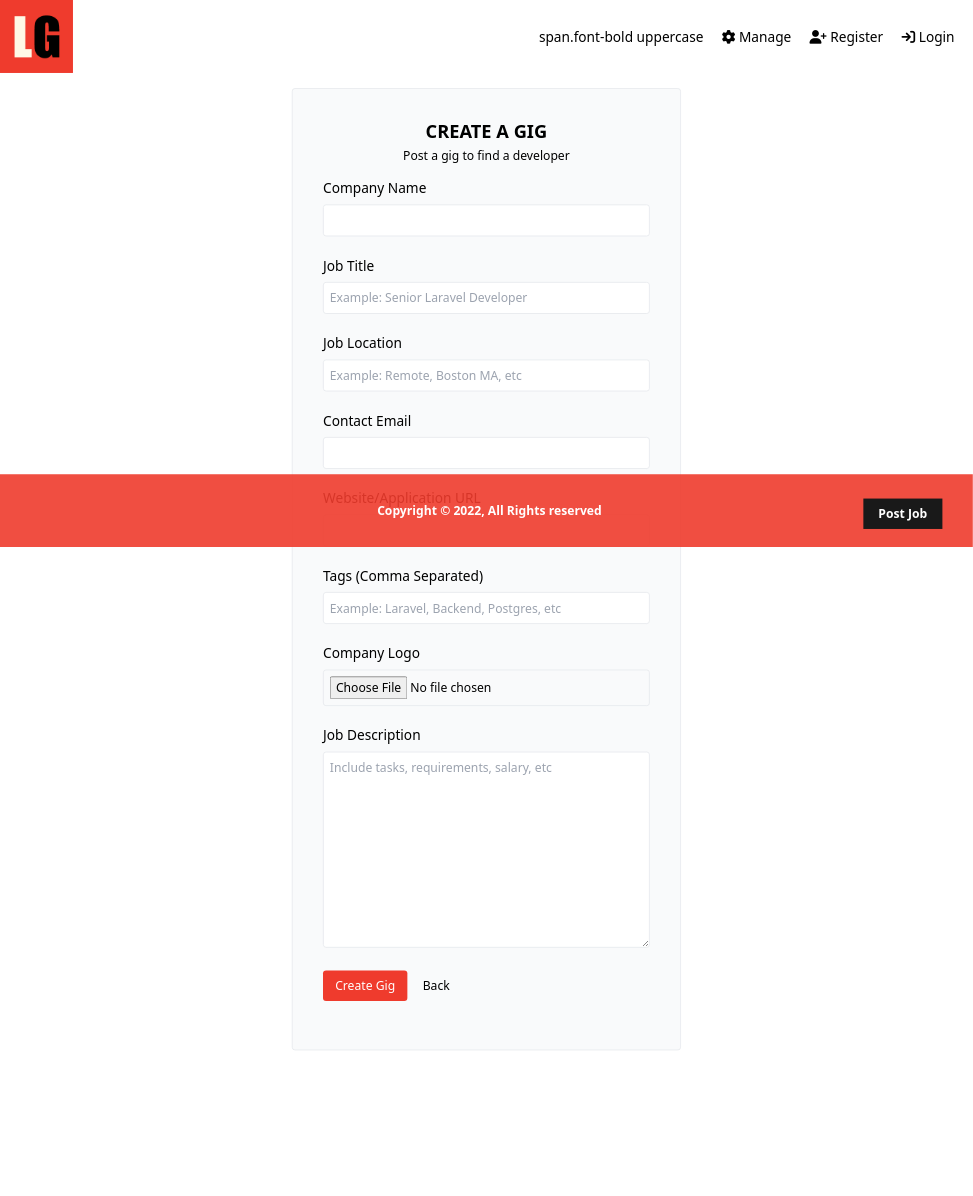
Repository: harvir619/jobListingLaravelWebsite
Page: http://localhost/listings/create
An editor plug-in stored every save of this project. The page is shown before and after the next save, followed by the edit.
The browser window is 1280 px wide. The pictures show the whole page, at 76% of full size.
Some web libraries are served in a nearby version. The page is served by the project's Laravel application, run on PHP 8.4 with Laravel 9.

Above is the page before, as saved 2022-07-22 15:55:54.

After the next save:
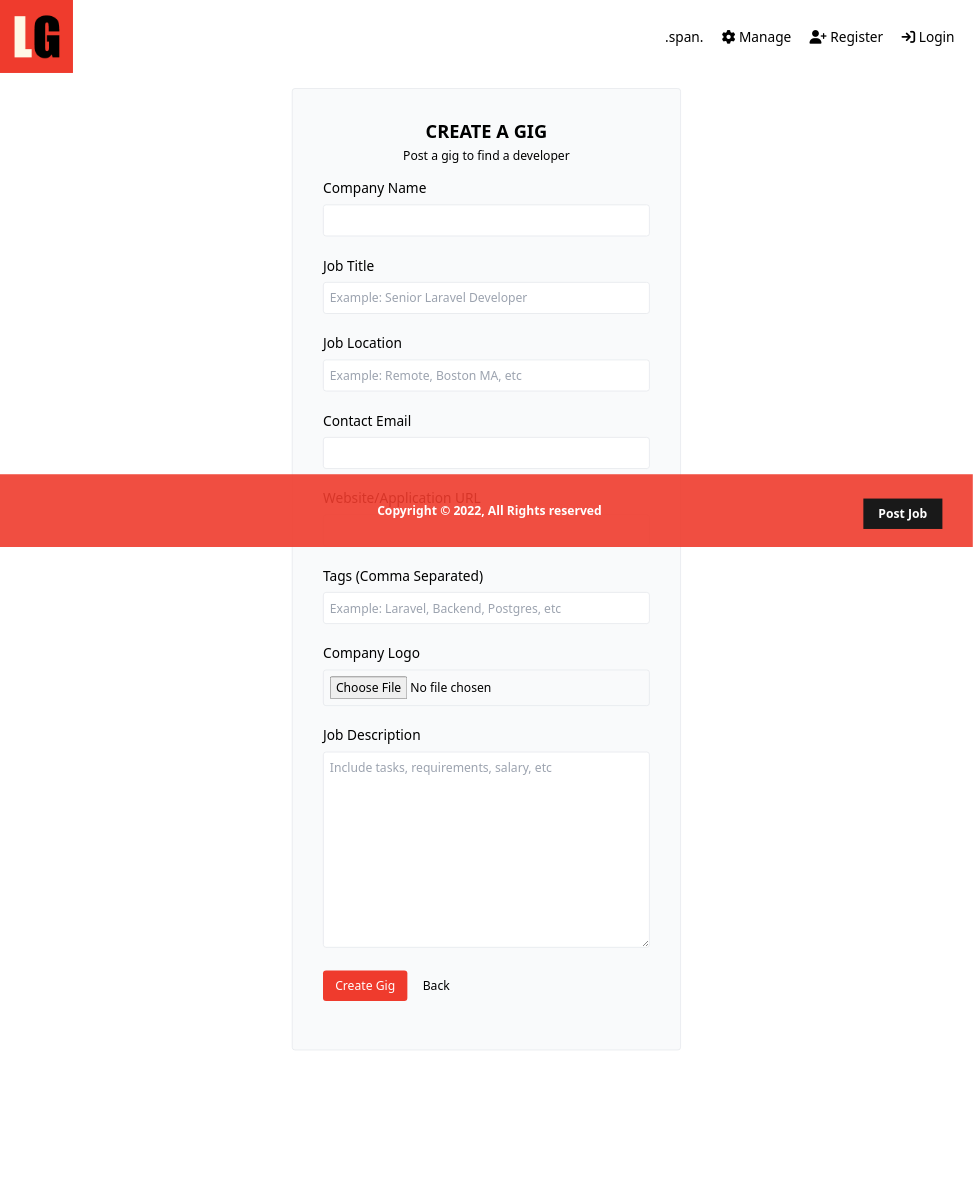
Saved 4 s later.
--- a/resources/views/components/layout.blade.php
+++ b/resources/views/components/layout.blade.php
@@ -32,7 +32,7 @@
                 class="logo" /></a>
         <ul class="flex space-x-6 mr-6 text-lg">
              <li>
-                span.font-bold uppercase
+                .span.
             </li>
             <li>
                 <a href="/listings/manage" class="hover:text-laravel"><i class="fa-solid fa-gear"></i>
